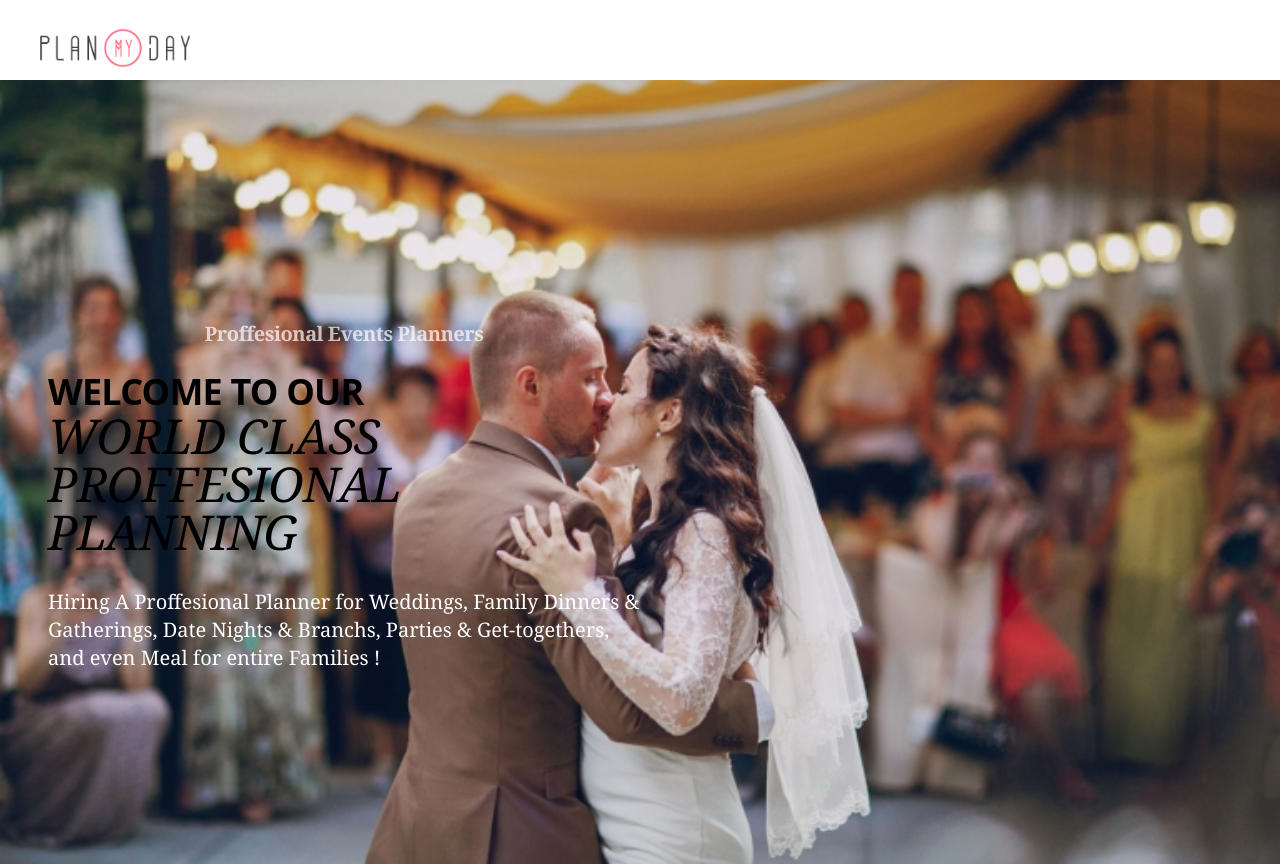
Repository: remydev47/eventsplanner
Page: /
An editor plug-in stored every save of this project. The page is shown before and after the next save, followed by the edit.
The browser window is 1280 px wide. The pictures show the whole page.
The project was rebuilt for these pictures with package versions that can differ from the ones it lists, and the page was loaded fresh each time. The framework's server and built-in components were replaced by stand-ins that run in the browser. Also part of the build but not shown: next.config.js, components/Header.jsx, components/Navbar.jsx, sections/Gallery.jsx, sections/Testimonial.jsx, sections/Plan.jsx, sections/Products.jsx, sections/Projects.jsx.

Above is the page before, as saved 2023-01-21 09:39:14.

### app/layout.jsx
import '../styles/globals.css';

export default function RootLayout({ children }) {
  return (
    <html lang="en">
      {/*
        <head /> will contain the components returned by the nearest parent
        head.jsx. Find out more at https://beta.nextjs.org/docs/api-reference/file-conventions/head
      */}
      <head />
      <body>{children}</body>
    </html>
  )
}

### app/page.jsx
import Header from '@/components/Header'
import Navbar from '@/components/Navbar'
import Navigation from '@/components/Navigation'
import { Hero } from '@/sections'
import Image from 'next/image'


export default function Home() {
  return (
   <div className='bg-primary-black'>
     <Navigation />
     {/* <Header /> */}
     <Hero />
   </div>
  )
}

### components/Navigation.jsx
'use client';

import { navLinks } from '@/constants';
import Image from 'next/image';
import React, {useState} from 'react'
import Logo from './Logo';

const Navigation = () => {
    const [toggle, setToggle] = useState(false);

  return (
    <header class="pb-6 bg-white lg:pb-0">
    <div class="px-4 mx-auto max-w-7xl sm:px-6 lg:px-8">

        <nav class="flex items-center justify-between h-16 lg:h-20">
            <div class="flex-shrink-0">
                <a href="#" title="" class="flex">
                    <Logo />
                </a>
            </div>

            {/* <Image
              src={ toggle ? '/images/close.svg' : '/images/menu.svg'}
              alt='menu'
              width={60}
              height={60}
              className={styles.mobileItem}
              onClick={() => setToggle((prev) => !prev)}
            />
            <div className={`${toggle ? 'flex' : 'hidden'} ${styles.toggleContainer}`}
             >
              <ul
                className={styles.navWrapper2}
              >
                {navLinks.map((nav, index) => (
                    <li
                     key={nav.id}
                     className={` font-bold cursor-pointer text-[16px]
                     mt-2 border-t border-slate-200 py-4 dark:border-slate-600
                     ${index === navLinks.length - 1 ? 'mr-0' : 'mb-4'}
                     text-white `}
                    >
                     <a href={`#${nav.id}`}>
                        {nav.title}
                     </a>
                    </li>
                 ))}
              </ul>
             </div> */}

            {/* <div class="hidden lg:flex lg:items-center lg:ml-auto lg:space-x-10">
                <a href="#" title="" class="text-base font-medium text-black transition-all duration-200 hover:text-blue-600 focus:text-blue-600"> Features </a>

                <a href="#" title="" class="text-base font-medium text-black transition-all duration-200 hover:text-blue-600 focus:text-blue-600"> Solutions </a>

                <a href="#" title="" class="text-base font-medium text-black transition-all duration-200 hover:text-blue-600 focus:text-blue-600"> Resources </a>

                <a href="#" title="" class="text-base font-medium text-black transition-all duration-200 hover:text-blue-600 focus:text-blue-600"> Pricing </a>
            </div>

            <a href="#" title="" class="items-center justify-center hidden px-4 py-3 ml-10 text-base font-semibold text-white transition-all duration-200 bg-blue-600 border border-transparent rounded-md lg:inline-flex hover:bg-blue-700 focus:bg-blue-700" role="button"> Get started now </a> */}
        </nav>


        <nav class="pt-4 pb-6 bg-white border border-gray-200 rounded-md shadow-md lg:hidden">
            <div class="flow-root">
                <div class="flex flex-col px-6 -my-2 space-y-1">
                <Image
              src={ toggle ? '/images/close.svg' : '/images/menu.svg'}
              alt='menu'
              width={60}
              height={60}
              className={styles.mobileItem}
              onClick={() => setToggle((prev) => !prev)}
            />
            <div className={`${toggle ? 'flex' : 'hidden'} ${styles.toggleContainer}`}
             >
              <ul
                className={styles.navWrapper2}
              >
                {navLinks.map((nav, index) => (
                    <li
                     key={nav.id}
                     className={` font-bold cursor-pointer text-[16px]
                     mt-2 border-t border-slate-200 py-4 dark:border-slate-600
                     ${index === navLinks.length - 1 ? 'mr-0' : 'mb-4'}
                     text-white `}
                    >
                     <a href={`#${nav.id}`}>
                        {nav.title}
                     </a>
                    </li>
                 ))}
              </ul>
             </div>
                </div>
            </div>

            <div class="px-6 mt-6">
                <a href="#" title="" class="inline-flex justify-center px-4 py-3 text-base font-semibold text-white transition-all duration-200 bg-blue-600 border border-transparent rounded-md tems-center hover:bg-blue-700 focus:bg-blue-700" role="button"> Get started now </a>
            </div>
        </nav>
    </div>
</header>
  )
}

export default Navigation;
const styles = {
    container:`w-full py-6 justify-between items-center navbar`,
    navWrapper:`list-none sm:flex hidden justify-end items-center flex-1`,
    navWrapper2:`list-none flex flex-col justify-end items-center flex-1`,
    mobile:`sm:hidden flex flex-1 justify-end items-center`,
    mobileItem:`h-[28px] w-[28px] object-contain`,
    toggleContainer:`p-6 bg-primary-black absolute top-20 right-0 mx-4 my-2 min-w-[140px] rounded-xl sidebar`
}

### sections/index.js
import Gallery from "./Gallery";
import Testimonial from "./Testimonial";
import Plan from "./Plan";
import Products from "./Products";
import Projects from "./Projects";
import Hero from "./Hero";

export {
    Gallery, Testimonial, Plan, Products, Projects, Hero
}

### constants/index.js
export const navLinks =[
    {
        id:"home",
        title:"HOME"
    },
    {
        id:"about",
        title:"ABOUT"
    },
    {
        id:"shop",
        title:"SHOPS"
    },

    {
        id:"blog",
        title:"BLOGS"
    },
    {
        id:"contacts",
        title:"CONTACTS"
    },
]

### components/Logo.jsx
'use client';
import Image from "next/image";

const Logo = () => {
  return (
    <div>
        <Image
          alt="events-planner"
          src='/images/logo_black.png'
          width={150}
          height={75}
          className='ml-2 mt-4'
        />
    </div>
  )
}

export default Logo

### utils/motion.js
export const navVariants = {
    hidden: {
      opacity: 0,
      y: -50,
      transition: {
        type: 'spring',
        stiffness: 300,
        damping: 140,
      },
    },
    show: {
      opacity: 1,
      y: 0,
      transition: {
        type: 'spring',
        stiffness: 80,
        delay: 1,
      },
    },
  };

  export const slideIn = (direction, type, delay, duration) => ({
    hidden: {
      x: direction === 'left' ? '-100%' : direction === 'right' ? '100%' : 0,
      y: direction === 'up' ? '100%' : direction === 'down' ? '100%' : 0,
    },
    show: {
      x: 0,
      y: 0,
      transition: {
        type,
        delay,
        duration,
        ease: 'easeOut',
      },
    },
  });

  export const staggerContainer = (staggerChildren, delayChildren) => ({
    hidden: {},
    show: {
      transition: {
        staggerChildren,
        delayChildren,
      },
    },
  });

  export const textVariant = (delay) => ({
    hidden: {
      y: 50,
      opacity: 0,
    },
    show: {
      y: 0,
      opacity: 1,
      transition: {
        type: 'spring',
        duration: 1.25,
        delay,
      },
    },
  });

  export const textContainer = {
    hidden: {
      opacity: 0,
    },
    show: (i = 1) => ({
      opacity: 1,
      transition: { staggerChildren: 0.1, delayChildren: i * 0.1 },
    }),
  };

  export const textVariant2 = {
    hidden: {
      opacity: 0,
      y: 20,
    },
    show: {
      opacity: 1,
      y: 0,
      transition: {
        type: 'tween',
        ease: 'easeIn',
      },
    },
  };

  export const fadeIn = (direction, type, delay, duration) => ({
    hidden: {
      x: direction === 'left' ? 100 : direction === 'right' ? -100 : 0,
      y: direction === 'up' ? 100 : direction === 'down' ? -100 : 0,
      opacity: 0,
    },
    show: {
      x: 0,
      y: 0,
      opacity: 1,
      transition: {
        type,
        delay,
        duration,
        ease: 'easeOut',
      },
    },
  });

  export const planetVariants = (direction) => ({
    hidden: {
      x: direction === 'left' ? '-100%' : '100%',
      rotate: 120,
    },
    show: {
      x: 0,
      rotate: 0,
      transition: {
        type: 'spring',
        duration: 1.8,
        delay: 0.5,
      },
    },
  });

  export const zoomIn = (delay, duration) => ({
    hidden: {
      scale: 0,
      opacity: 0,
    },
    show: {
      scale: 1,
      opacity: 1,
      transition: {
        type: 'tween',
        delay,
        duration,
        ease: 'easeOut',
      },
    },
  });

  export const footerVariants = {
    hidden: {
      opacity: 0,
      y: 50,
      transition: {
        type: 'spring',
        stiffness: 300,
        damping: 140,
      },
    },
    show: {
      opacity: 1,
      y: 0,
      transition: {
        type: 'spring',
        stiffness: 80,
        delay: 0.5,
      },
    },
  };

### sections/Hero.jsx
'use client';
import { slideIn } from "@/utils/motion";
import { motion } from "framer-motion";

const Hero = () => {
    return(
    <section className='relative pt-48 pb-12 xl:pt-60 sm:pb-16 lg:pb-32 xl:pb-48 2xl:pb-56'>
        <motion.div
          variants={slideIn('right', 'tween', 0.2, 1)}
         >
          <div className="absolute inset-0">
           <img className="object-cover w-full h-full" src="/images/hero.jpg" alt="" />
          </div>
        </motion.div>

     <div className='relative'>
       <div className="px-6 mx-auto sm:px-8 lg:px-12 max-w-7xl">
        <div className="w-full lg:w-2/3 xl:w-1/2">
         <h1 className="font-serif text-xl font-bold tracking-tight text-white text-opacity-70 text-center">Proffesional Events Planners</h1>
          <p className="mt-6 tracking-tighter text-[#000]">
            <span className="font-sans font-bold text-4xl">WELCOME TO OUR </span><br />
            <span className="font-serif italic font-BOLD text-5xl">WORLD CLASS PROFFESIONAL PLANNING</span>
         </p>
         <p className="mt-8 font-erif text-xl font-serif text-[#fff]">
          Hiring A Proffesional Planner for Weddings, Family Dinners & Gatherings, Date Nights & Branchs, Parties & Get-togethers, and even Meal for entire Families !
         </p>
        </div>
      </div>
     </div>
     </section>
    )
}

export default Hero;

Loaded but not shown: styles/globals.css (common file); tailwind.config.js (common file)

After the next save:
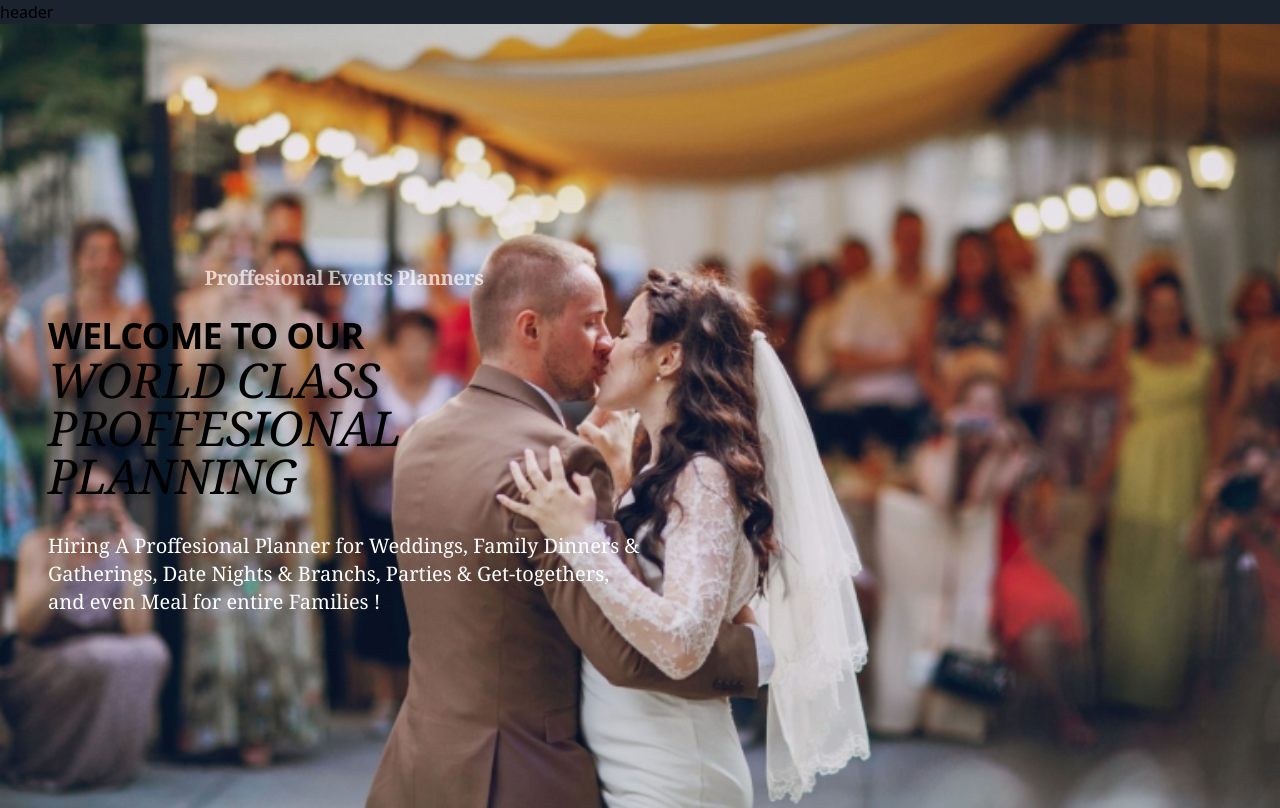
Saved 116 s later.
--- a/components/Navigation.jsx
+++ b/components/Navigation.jsx
@@ -9,99 +9,9 @@
     const [toggle, setToggle] = useState(false);
 
   return (
-    <header class="pb-6 bg-white lg:pb-0">
-    <div class="px-4 mx-auto max-w-7xl sm:px-6 lg:px-8">
-
-        <nav class="flex items-center justify-between h-16 lg:h-20">
-            <div class="flex-shrink-0">
-                <a href="#" title="" class="flex">
-                    <Logo />
-                </a>
-            </div>
-
-            {/* <Image
-              src={ toggle ? '/images/close.svg' : '/images/menu.svg'}
-              alt='menu'
-              width={60}
-              height={60}
-              className={styles.mobileItem}
-              onClick={() => setToggle((prev) => !prev)}
-            />
-            <div className={`${toggle ? 'flex' : 'hidden'} ${styles.toggleContainer}`}
-             >
-              <ul
-                className={styles.navWrapper2}
-              >
-                {navLinks.map((nav, index) => (
-                    <li
-                     key={nav.id}
-                     className={` font-bold cursor-pointer text-[16px]
-                     mt-2 border-t border-slate-200 py-4 dark:border-slate-600
-                     ${index === navLinks.length - 1 ? 'mr-0' : 'mb-4'}
-                     text-white `}
-                    >
-                     <a href={`#${nav.id}`}>
-                        {nav.title}
-                     </a>
-                    </li>
-                 ))}
-              </ul>
-             </div> */}
-
-            {/* <div class="hidden lg:flex lg:items-center lg:ml-auto lg:space-x-10">
-                <a href="#" title="" class="text-base font-medium text-black transition-all duration-200 hover:text-blue-600 focus:text-blue-600"> Features </a>
-
-                <a href="#" title="" class="text-base font-medium text-black transition-all duration-200 hover:text-blue-600 focus:text-blue-600"> Solutions </a>
-
-                <a href="#" title="" class="text-base font-medium text-black transition-all duration-200 hover:text-blue-600 focus:text-blue-600"> Resources </a>
-
-                <a href="#" title="" class="text-base font-medium text-black transition-all duration-200 hover:text-blue-600 focus:text-blue-600"> Pricing </a>
-            </div>
-
-            <a href="#" title="" class="items-center justify-center hidden px-4 py-3 ml-10 text-base font-semibold text-white transition-all duration-200 bg-blue-600 border border-transparent rounded-md lg:inline-flex hover:bg-blue-700 focus:bg-blue-700" role="button"> Get started now </a> */}
-        </nav>
-
-
-        <nav class="pt-4 pb-6 bg-white border border-gray-200 rounded-md shadow-md lg:hidden">
-            <div class="flow-root">
-                <div class="flex flex-col px-6 -my-2 space-y-1">
-                <Image
-              src={ toggle ? '/images/close.svg' : '/images/menu.svg'}
-              alt='menu'
-              width={60}
-              height={60}
-              className={styles.mobileItem}
-              onClick={() => setToggle((prev) => !prev)}
-            />
-            <div className={`${toggle ? 'flex' : 'hidden'} ${styles.toggleContainer}`}
-             >
-              <ul
-                className={styles.navWrapper2}
-              >
-                {navLinks.map((nav, index) => (
-                    <li
-                     key={nav.id}
-                     className={` font-bold cursor-pointer text-[16px]
-                     mt-2 border-t border-slate-200 py-4 dark:border-slate-600
-                     ${index === navLinks.length - 1 ? 'mr-0' : 'mb-4'}
-                     text-white `}
-                    >
-                     <a href={`#${nav.id}`}>
-                        {nav.title}
-                     </a>
-                    </li>
-                 ))}
-              </ul>
-             </div>
-                </div>
-            </div>
-
-            <div class="px-6 mt-6">
-                <a href="#" title="" class="inline-flex justify-center px-4 py-3 text-base font-semibold text-white transition-all duration-200 bg-blue-600 border border-transparent rounded-md tems-center hover:bg-blue-700 focus:bg-blue-700" role="button"> Get started now </a>
-            </div>
-        </nav>
-    </div>
-</header>
+   <header>
+     header
+   </header>
   )
 }
 
